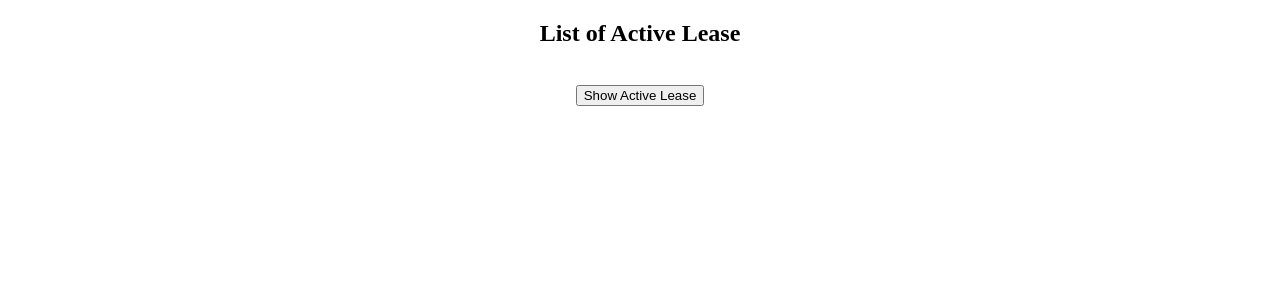
Repository: harsh23012/InfiniteProjects
Page: CarRent/carrent/src/main/webapp/LeaseList.html
These files come from the project's save history. The page is drawn as it stood at one moment and after the next save; the edit follows.
The browser window is 1280 px wide. The pictures show the whole page.

Above is the page before, as saved 2025-05-04 19:18:53.

### CarRent/carrent/src/main/webapp/LeaseList.html
<!DOCTYPE html>
<html>
<head>
<meta charset="UTF-8">
<title>Insert title here</title>
</head>
<body>
	<form method="get" action="showActiveLeaseServlet">
        <center>
            <h2>List of Active Lease</h2><br>
            <input type="submit" value="Show Active Lease" />
        </center>
    </form>
</body>
</html>

After the next save:
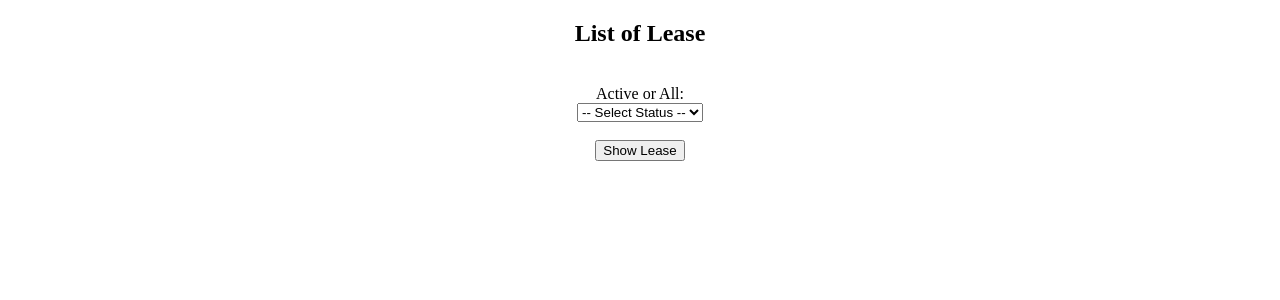
Saved 2 min 6 s later.
--- a/CarRent/carrent/src/main/webapp/LeaseList.html
+++ b/CarRent/carrent/src/main/webapp/LeaseList.html
@@ -7,8 +7,15 @@
 <body>
 	<form method="get" action="showActiveLeaseServlet">
         <center>
-            <h2>List of Active Lease</h2><br>
-            <input type="submit" value="Show Active Lease" />
+            <h2>List of Lease</h2><br>
+
+            Active or All: <br>
+            <select name="status" required>
+                <option value="">-- Select Status --</option>
+                <option value="active">Active Lease</option>
+                <option value="all">All</option>
+            </select><br><br>
+            <input type="submit" value="Show Lease" />
         </center>
     </form>
 </body>
